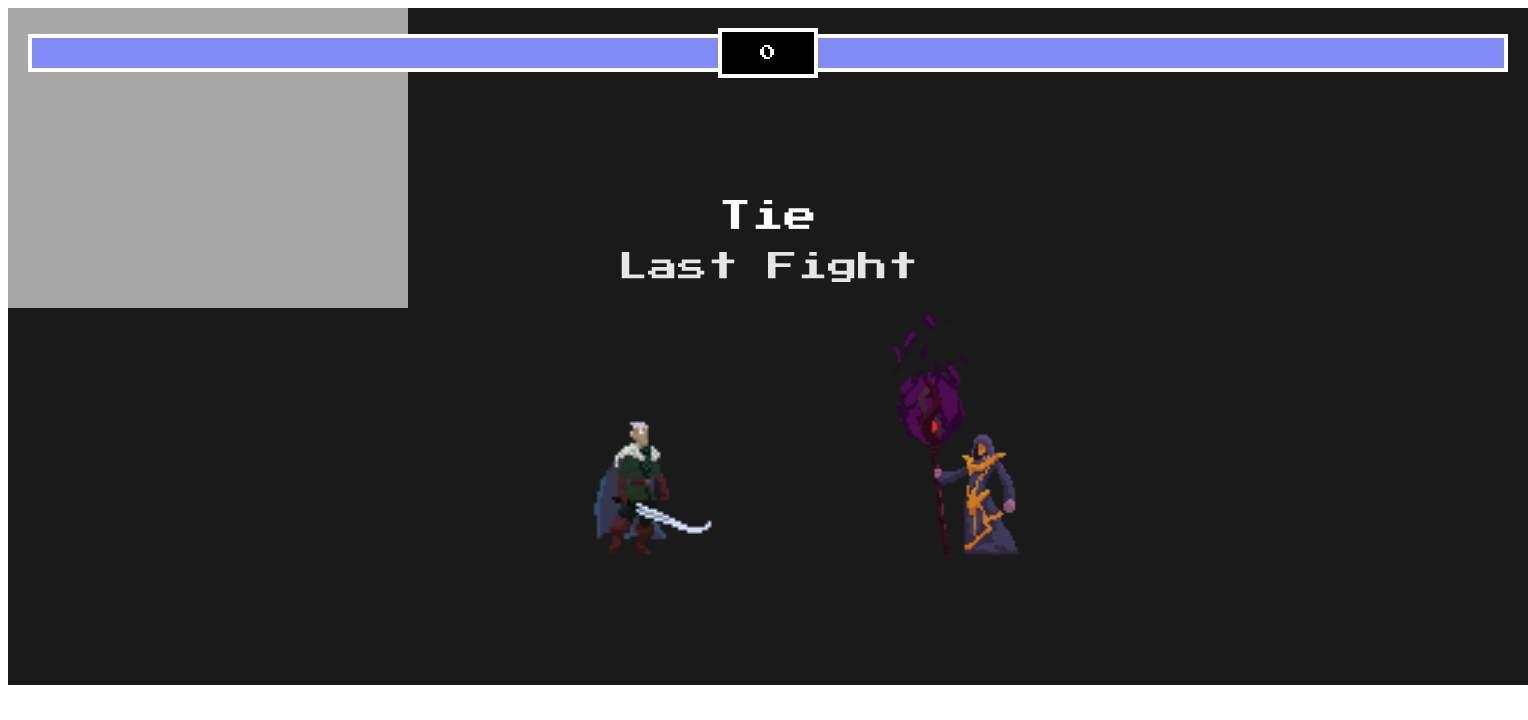
Repository: Gaurav31052/Fighting-game
Page: index.html
An editor plug-in stored every save of this project. The page is shown before and after a run of saves, followed by the edit.
The browser window is 1280 px wide. The page is 1528 px wide, so the pictures cover 1528 px, including what lies to the right of the window. The pictures show the whole page.
Some web libraries are served in a nearby version.

Above is the page before, as saved 2024-05-30 22:24:36.

After the next 2 saves:
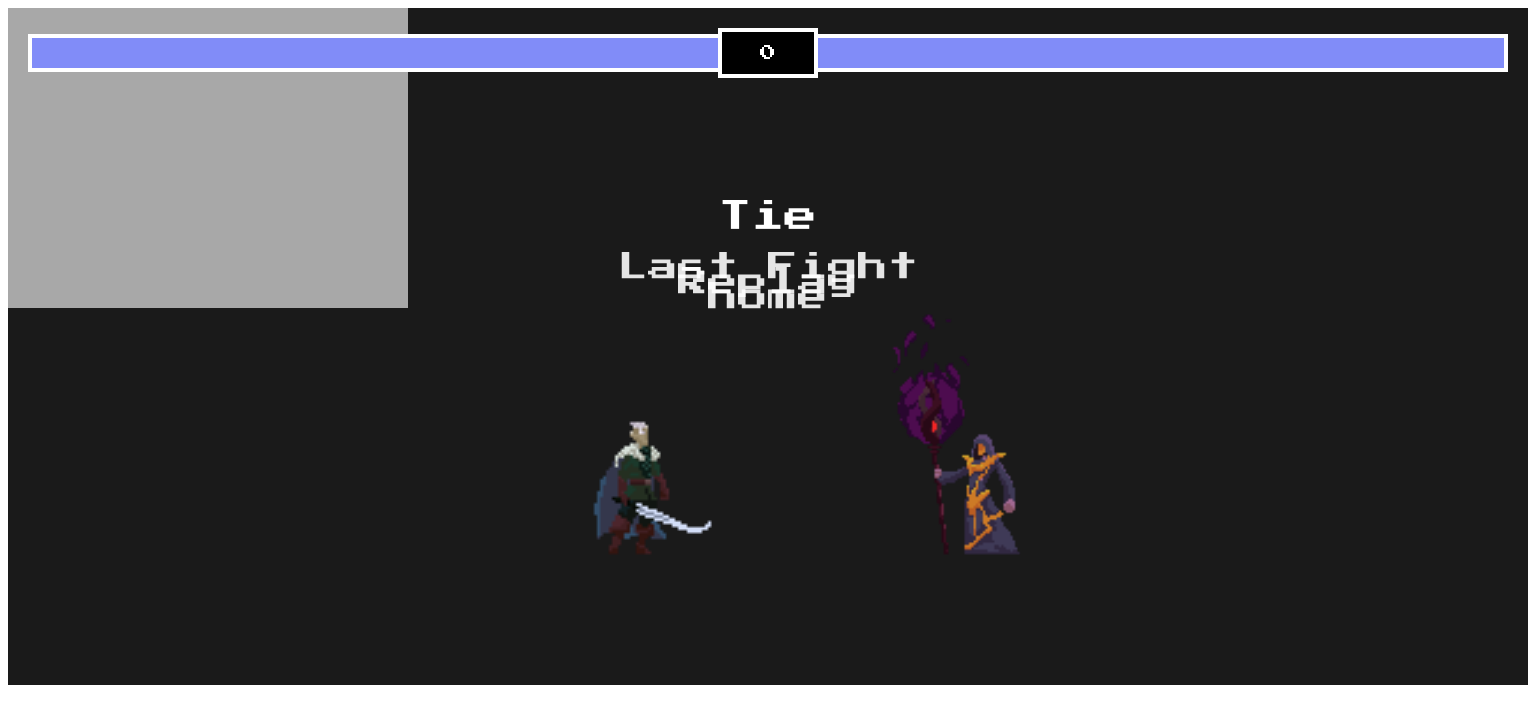
The 2 saves are shown as one change because they came seconds apart.
The last was saved 19 s later.
--- a/index.html
+++ b/index.html
@@ -51,14 +51,14 @@
         <div id="displayText2" style="position: absolute; color: white; display: flex; align-items: center; justify-content: center; top: 0;
         right: 0; left: 0; bottom: 160; font-size: 30px; display: none; opacity: 0; animation: fadeIn 5s forwards; "></div>
 
-        <div id="displayText3" style="position: absolute; color: white; display: flex; align-items: center; justify-content: center; top: 0;
-        right: 0; left: 0; bottom: 100; font-size: 33px; display: none; border-radius: 2px solid black; ">
+        <!-- <div id="displayText3" style="position: absolute; color: white; display: flex; align-items: center; justify-content: center; top: 0;
+        right: 0; left: 0; bottom: 100; font-size: 33px; display: none; border-radius: 2px solid black; "> -->
         <div id="displayText4" style="position: absolute; color: white; display: flex; align-items: center; justify-content: center; top: 0;
         right: 0; left: 0; bottom: 130; font-size: 30px; display: none; opacity: 0; animation: fadeIn 5s forwards; ">Replay</div>
         <div id="displayText5" style="position: absolute; color: white; display: flex; align-items: center; justify-content: center; top: 0;
         right: 0; left: 0; bottom: 100; font-size: 30px; display: none; opacity: 0; animation: fadeIn 5s forwards; ">home</div>
 
-    </div>
+    <!-- </div> -->
 
         <canvas id="canvas"></canvas>
 
